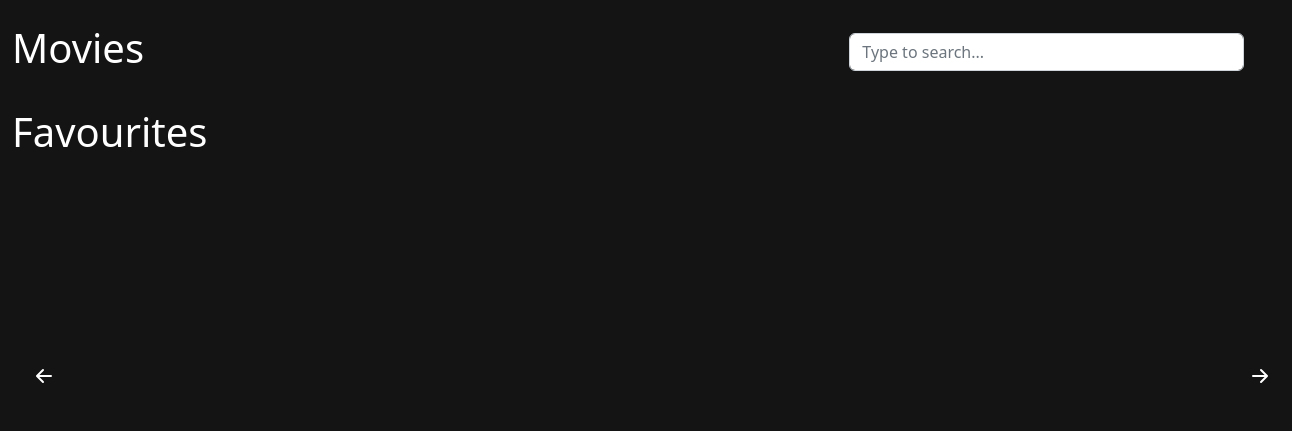
Repository: DeraBola/movie-app
Page: /
These files come from the project's save history. The page is drawn as it stood at one moment and after the next save; the edit follows.
The browser window is 1280 px wide. The page is 1292 px wide, so the pictures cover 1292 px, including what lies to the right of the window. The pictures show the whole page.
The page's requests for data from a server got no answer. The project was rebuilt for these pictures with package versions that can differ from the ones it lists, and the page was loaded fresh each time. No one was signed in, and anything a server would have sent is missing. Also part of the build but not shown: src/components/AddFavourites.js, src/components/RemoveFavourites.js.

Above is the page before, as saved 2022-09-02 11:29:41.

After the next save:
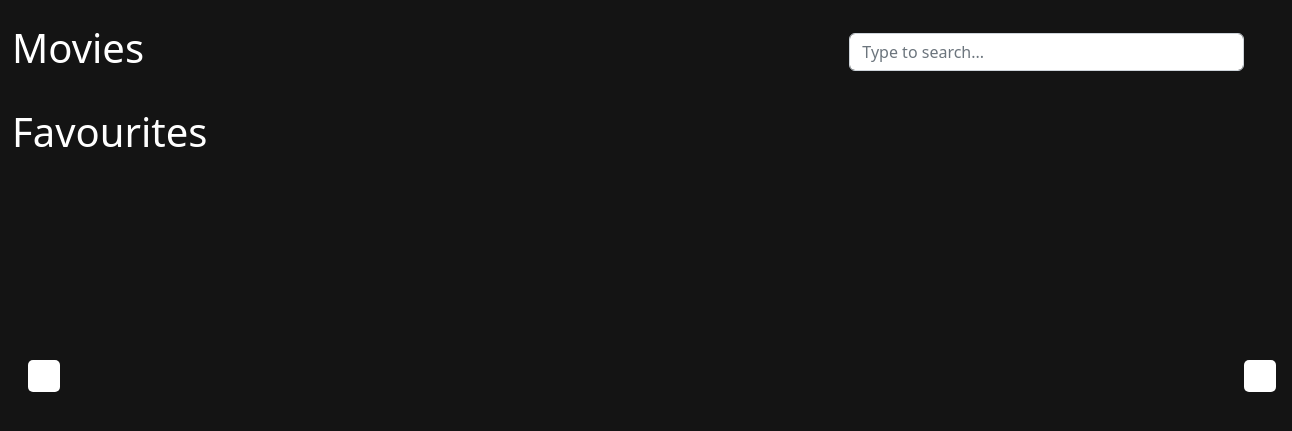
Saved 14 s later.
--- a/src/App.css
+++ b/src/App.css
@@ -95,9 +95,9 @@
  }
 
  .gallery__arrow-icon {
-     color: var);
+     color: #;
      font-size: 2rem;
      cursor: pointer;
-     background-color: var(#fff);
+     background-color: #fff;
      border-radius: 5px;
  }
